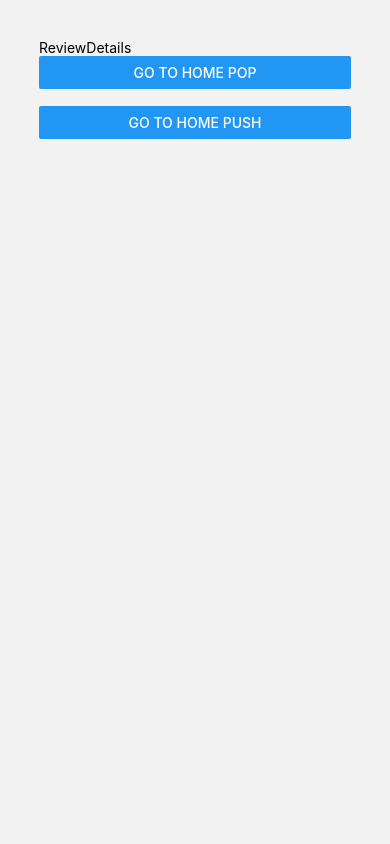
Repository: pheonixlegend/keleya
Screen: /Sign Up
An editor plug-in stored every save of this project. The screen is shown before and after the next save, followed by the edit.
The app was drawn by React Native's web renderer in a window 390 px wide. The project was rebuilt for these pictures with package versions that can differ from the ones it lists, and the page was loaded fresh each time.

Above is the screen before, as saved 2021-09-29 02:11:25.

After the next save:
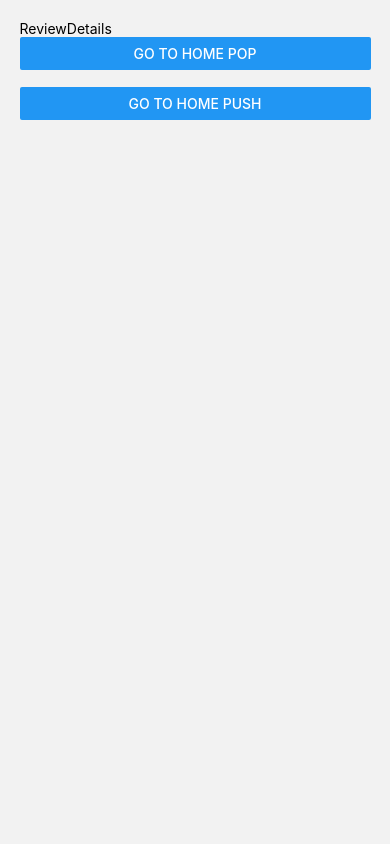
Saved 6 s later.
--- a/styles/Global.tsx
+++ b/styles/Global.tsx
@@ -4,6 +4,6 @@ export const Global = StyleSheet.create({
     container: {
         flex: 1,
         backgroundColor: 'transparent',
-        margin: '10%'
+        margin: '5%'
     }
 })
